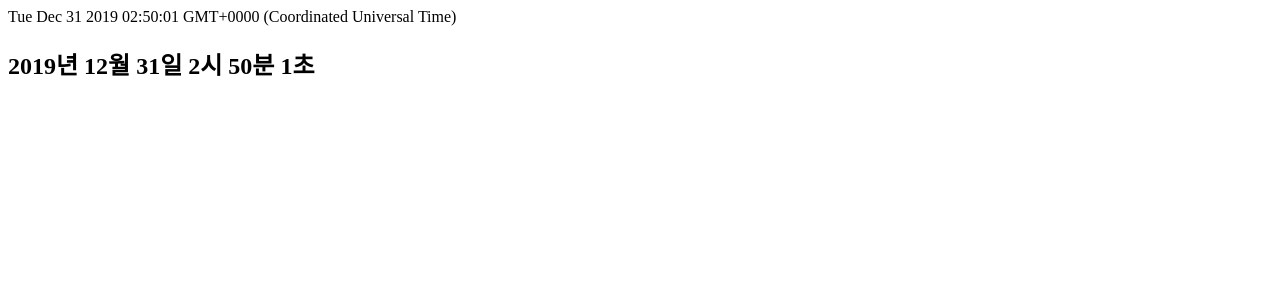
Repository: snowcuphea/webwork_class
Page: clientweb/WebContent/js_basic/js_date_test01.html
These files come from the project's save history. The page is drawn as it stood at one moment and after the next save; the edit follows.
The browser window is 1280 px wide. The pictures show the whole page.

Above is the page before, as saved 2020-01-08 01:17:19.

### clientweb/WebContent/js_basic/js_date_test01.html
<!DOCTYPE html>
<!-- 날짜시간과 관련된 자바스크립트 내장객체(Date) -->
<html>
<head>
<meta charset="EUC-KR">
<title>Insert title here</title>
</head>
<body>
	<script type = "text/javascript">
	today = new Date();
	document.write(today);
	str = today.getFullYear()+ "년 ";
	str = str+(today.getMonth()+1)+"월 ";
	str = str+today.getDate()+"일 ";
	str = str+today.getHours()+"시 ";
	str = str+today.getMinutes()+"분 ";
	str = str+today.getSeconds()+"초 ";
	day = today.getDay();//일요일이 0, 월요일이 1, 화요일이 2, 수요일이 3...
	//str = str + day;

	//switch 활용해서 요일번호를 요일명으로 변경하기
	weekday = "";//요일명

	switch(day){
	case '0':
		weekday = "일";
		break;
	case '1':
		weekday = "월";
		break;
	case '2':
		weekday = "화";
		break;
	case '3':
		weekday = "수";
		break;
	case '4':
		weekday = "목";
		break;
	case '5':
		weekday = "금";
		break;
	case '6':
		weekday = "토";
		break;


	}
	 str = str+weekday;
	document.write("<h2>"+str+"</h2>");


	</script>

</body>
</html>

After the next save:
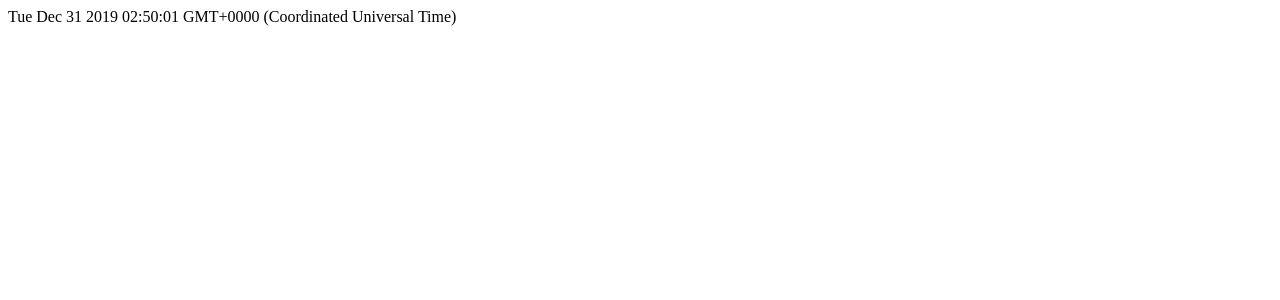
Console error: ReferenceError: weekday is not defined
Saved 19 s later.
--- a/clientweb/WebContent/js_basic/js_date_test01.html
+++ b/clientweb/WebContent/js_basic/js_date_test01.html
@@ -19,7 +19,7 @@
 	//str = str + day;
 
 	//switch 활용해서 요일번호를 요일명으로 변경하기
-	weekday = "";//요일명
+	//weekday = "";//요일명
 
 	switch(day){
 	case '0':

After the save that followed:
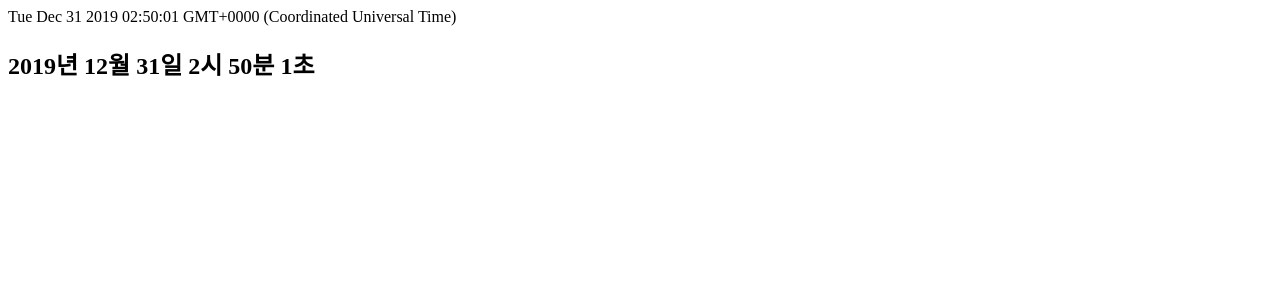
The error is gone.
Saved 8 s later.
--- a/clientweb/WebContent/js_basic/js_date_test01.html
+++ b/clientweb/WebContent/js_basic/js_date_test01.html
@@ -19,7 +19,7 @@
 	//str = str + day;
 
 	//switch 활용해서 요일번호를 요일명으로 변경하기
-	//weekday = "";//요일명
+	weekday = "";//요일명
 
 	switch(day){
 	case '0':
